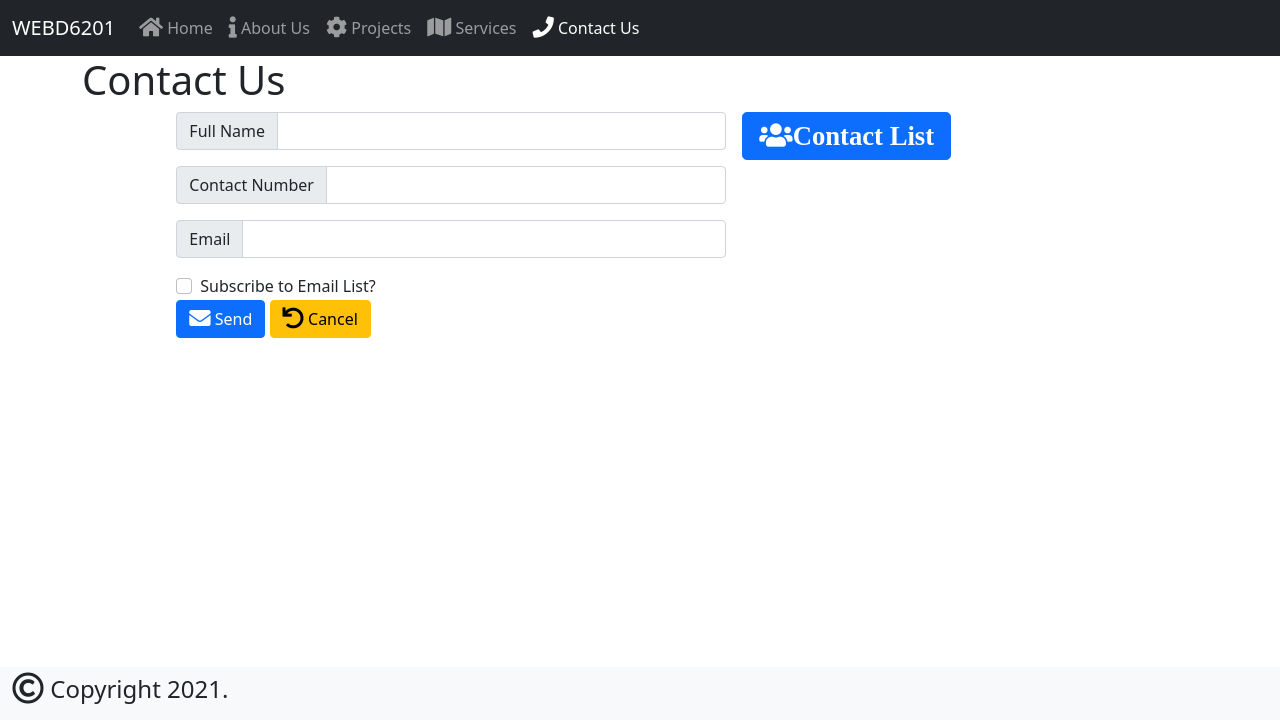
Repository: GarlicButterBoy/WEBD6201-ICE03
Page: contact.html
An editor plug-in stored every save of this project. The page is shown before and after the next save, followed by the edit.
The browser window is 1280 px wide. The pictures show the whole page.

Above is the page before, as saved 2021-02-04 09:09:38.

### contact.html
<!DOCTYPE html>
<html lang="en">
<head>
    <meta charset="UTF-8">
    <meta name="viewport" content="width=device-width, initial-scale=1.0">
    <title>Contact</title>
    <!-- CSS Section -->
    <link rel="stylesheet" href="./node_modules/bootstrap/dist/css/bootstrap.min.css">
    <link rel="stylesheet" href="./node_modules/@fortawesome/fontawesome-free/css/all.min.css">
    <link rel="stylesheet" href="./Content/app.css">
</head>
<body>
    <!-- Main Header -->
    <header>
        <!-- Main Navigation -->
        <nav class="navbar navbar-expand-lg navbar-dark bg-dark">
            <div class="container-fluid">
              <a class="navbar-brand" href="index.html">WEBD6201</a>
              <button class="navbar-toggler" type="button" data-bs-toggle="collapse" data-bs-target="#navbarSupportedContent" aria-controls="navbarSupportedContent" aria-expanded="false" aria-label="Toggle navigation">
                <span class="navbar-toggler-icon"></span>
              </button>
              <div class="collapse navbar-collapse" id="navbarSupportedContent">
                <ul class="navbar-nav me-auto mb-2 mb-lg-0">
                  <li class="nav-item">
                    <a class="nav-link" aria-current="page" href="index.html"><i class="fas fa-home fa-lg"></i> Home</a>
                  </li>

                  <li class="nav-item">
                    <a class="nav-link" aria-current="page" href="about.html"><i class="fas fa-info fa-lg"></i> About Us</a>
                  </li>

                  <li class="nav-item">
                    <a class="nav-link" aria-current="page" href="projects.html"><i class="fas fa-cog fa-lg"></i> Projects</a>
                  </li>

                  <li class="nav-item">
                    <a class="nav-link" aria-current="page" href="services.html"><i class="fas fa-map fa-lg"></i> Services</a>
                  </li>

                  <li class="nav-item">
                    <a class="nav-link active" aria-current="page" href="contact.html"><i class="fas fa-phone fa-lg"></i> Contact Us</a>
                  </li>
                </ul>
              </div>
            </div>
          </nav>
    </header>

    <!-- Main Content -->
    <main class="container">
        <h1>Contact Us</h1>
        <div id="messageArea"></div>

        <div class="row justify-content-lg-center g-3">
          <form class="col-lg-6 col-md-10 col-sm-10">

            <div class="input-group mb-3">
              <span class="input-group-text" id="inputGroup-sizing-default">Full Name </span>
              <input id="fullName" type="text" class="form-control" aria-label="Full Name" aria-describedby="Full Name Input"
              name="fullName" required>
            </div>

            <div class="input-group mb-3">
              <span class="input-group-text" id="inputGroup-sizing-default">Contact Number</span>
              <input id="contactNumber" type="tel" class="form-control" aria-label="Contact Number" aria-describedby="Contact Number Input"
              name="contactNumber" required>
            </div>

            <div class="input-group mb-3">
              <span class="input-group-text" id="inputGroup-sizing-default">Email</span>
              <input id="emailAddress" type="email" class="form-control" aria-label="Email Address" aria-describedby="Email Address Input"
              name="emailAddress" required>
            </div>

            <div class="form-check">
              <input class="form-check-input" type="checkbox" value="" id="subscribeCheckbox" name="subscribeCheckbox">
              <label class="form-check-label" for="subscribeCheckbox">Subscribe to Email List?</label>
            </div>


            <button id="sendButton" type="submit" class="btn btn-primary"><i class="fas fa-envelope fa-lg"></i> Send</button>
            <button id="cancelButton" type="reset" class="btn btn-warning"><i class="fas fa-undo fa-lg"></i> Cancel</button>
          </form>

          <div class="col=lg-3 col-md-4">
            <a href="contact-list.html" class="btn btn-primary btn-lg"><i class="fas fa-users fa-lg">Contact List</i></a>
          </div>

        </div>


    </main>

    <!-- Main Footer -->
    <footer>
        <nav class="navbar fixed-bottom navbar-light bg-light">
            <div class="container-fluid">
              <h4><i class="far fa-copyright fa-lg"></i> Copyright 2021.</h4>
            </div>
          </nav>
    </footer>

    <!-- Script Section-->
    <script src="./node_modules/jquery/dist/jquery.min.js"></script>
    <script src="./node_modules/bootstrap/dist/js/bootstrap.bundle.min.js"></script>
    <script src="./Scripts/namespace.js"></script>
    <script src="./Scripts/contact.js"></script>
    <script src="./Scripts/app.js"></script>
</body>
</html>

### Scripts/namespace.js

//namespace core
let core;

### Scripts/contact.js
"use strict";

//Contact Class

(()=>{
    class Contact {

        //getters and setters
      get FullName()
      {
          return this.m_fullName;
      }
      get ContactNumber()
      {
          return this.m_conactNumber;
      }
      get EmailAddress()
      {
          return this.m_emailAddress;
      }
      set FullName(value)
      {
          this.m_fullName = value;
      }
      set ContactNumber(value)
      {
          this.m_conactNumber = value;
      }
      set EmailAddress(value)
      {
          this.m_emailAddress = value;
      }

        //Constructor
        /**
         * A Constructor for any Contact objects being instantiated
         * @param {string} fullName
         * @param {string} contactNumber
         * @param {string} emailAddress
         */
        constructor(fullName = "", contactNumber = "", emailAddress = "")
        {
            this.ContactNumber = contactNumber;
            this.EmailAddress = emailAddress;
            this.FullName = fullName;
        }



        //Methods
        /**
         * Overrides the toString method to print the Contact class
         * @returns {string}
         */
        toString()
        {
            return `Full Name: ${this.m_fullName}\nPhone: ${this.m_contactNumber}\nEmail: ${this.m_emailAddress}`;
        }

        /**
         * This method returns a JSON Object
         * @returns {Object}
         */
        toJSON()
        {
            return {
                "fullName":this.FullName,
                "contactNumber":this.ContactNumber,
                "emailAddress":this.EmailAddress
            }
        }
        /**
         * Method converts the Contact into a comma-seperated value string
         * @returns {String}
         */
        serialize()
        {
            if (this.FullName !== "" && this.ContactNumber !== "" && this.EmailAddress !== "")
            {
                return `${this.FullName},${this.ContactNumber},${this.EmailAddress}`;
            }
            else
            {
                console.error("Error: One of more of the Contact Properties are empty or null.");
                return null;
            }

        }
        /**
         * Method takes a comma-seperated data string and assigns the values to the contact class properties
         * @param {string} data
         * @returns {void}
         */
        deserialize(data)
        {
            let propertyArray = data.split(",");
            this.FullName = propertyArray[0];
            this.ContactNumber = propertyArray[1];
            this.EmailAddress = propertyArray[2];
        }

    }

core.Contact = Contact;

})(core || (core={}));

### Scripts/app.js
/* custom JavaScript goes here */

//IIFE - Immediately Invoked Function Expression
//AKA - Anonymous Self-Executing Function
//Closure - limits scope leak

"use strict";
/* Example of a class being created with brand new functions
let myContact =
{
  "firstName":"Nick SF",
  "contactNumber":"905-123-4567",
  "emailAddress":"email@test.com",
  "saysHello":function() { console.log(`${fullName} says Hello!`); },
  "someOtherObject":{  "friendsList":["Tony", "Stephen", "Peter"]  }

};*/

((core) =>
{
    function displayHome()
    {
/*
      $("button").on("mouseover", function(){
        console.log("JQuery Click");
      });

      let myButton = document.querySelectorAll("button")[1];
      myButton.addEventListener("click", () => {
        console.log("Button Clicked!");
      });
*/
      //console.log(myButton);

        let paragraphOneText =
          "This is a simple site to demonstrate DOM Manipulation for ICE 1";

        let paragraphOneElement = document.getElementById("paragraphOne");

        paragraphOneElement.textContent = paragraphOneText;
        paragraphOneElement.className = "fs-5";

        // Step 1. document.createElement
        let newParagraph = document.createElement("p");
        // Step 2. configure the element
        newParagraph.setAttribute("id", "paragraphTwo");
        newParagraph.textContent = "...And this is paragraph two";
        // Step 3. select the parent element
        let mainContent = document.getElementsByTagName("main")[0];
        // Step 4. Add / Insert the element
        mainContent.appendChild(newParagraph);

        newParagraph.className = "fs-6";

        // another way of injecting content
        let paragraphDiv = document.createElement("div");
        let paragraphThree = `<p id="paragraphThree" class="fs-7 fw-bold">And this is the Third Paragraph</p>`;
        paragraphDiv.innerHTML = paragraphThree;

        // insertions

        // example of inserting before a node
        //newParagraph.before(paragraphDiv);

        // example of inserting after a node
        newParagraph.after(paragraphDiv);

        // deletions

        // example of removing a single element
        //paragraphOneElement.remove();

        // example of removeChild
        mainContent.removeChild(paragraphOneElement);

        // update / modification
        //mainContent.firstElementChild.textContent = "Welcome Home!";

        mainContent.innerHTML = `<h1 id="firstHeading">Welcome to WEBD6201 - Lab 1</h1>
         <p id="paragraphOne" class="fs-3 fw-bold">This is my first Paragraph</p>
        `;

    }

    function displayAbout()
    {

    }

    function displayProjects()
    {

    }

    function displayServices()
    {

    }

    function displayContact()
    {
        //This is the same as below
        let messageArea = $("#messageArea").hide();
        //Same as this
        //let messageArea = document.getElementById("messageArea");
        //messageArea.hidden = true;

        // form validation
        $("#fullName").on("blur", function()
        {
          if($(this).val().length < 2)
            {
                //JQuery example of the lines below
                $(this).trigger("focus").trigger("select");
                messageArea.show().addClass("alert alert-danger").text("Please enter an appropriate name");
                //fullName.focus();
                //fullName.select();
                //messageArea.hidden = false;
                //messageArea.className = "alert alert-danger";
                //messageArea.textContent = "Please enter an appropriate Name";
            }
            else
            {
                //JQuery example of the line below
                messageArea.removeAttr("class").hide();
                //messageArea.hidden = true;
                //messageArea.removeAttribute("class");
            }
        });
        //let fullName = document.getElementById("fullName");
        //fullName.addEventListener("blur", function() {});

        $("#sendButton").on("click", ()=>
        {
          let contact = new core.Contact(fullName.value, contactNumber.value, emailAddress.value);
          if(contact.serialize()) //checking if the serialized object exists
          {
            localStorage.setItem((localStorage.length + 1).toString(), contact.serialize());
          }
        });

        //let sendButton = document.getElementById("sendButton");
        //sendButton.addEventListener("click", function(event){

            //event.preventDefault();
            //console.log(contact.serialize());
            //fullName.value = "";
            //contactNumber.value = "";
            //emailAddress.value = "";
        //});
    }
    function displayContactList()
    {

      if(localStorage.length > 0)
      {
        let contactList = document.getElementById("contactList");

        let data = "";

        for (let index = 0; index < localStorage.length; index++)
        {
          let contactData = localStorage.getItem((index + 1).toString());

          console.log(contactData);

          let contact = new core.Contact();
          contact.deserialize(contactData);

          data += `<tr>
                  <th scope="row">${index + 1}</th>
                  <td>${contact.FullName}</td>
                  <td>${contact.ContactNumber}</td>
                  <td>${contact.EmailAddress}</td>
                  </tr>`;
        }

        contactList.innerHTML = data;
      }


    }

    function Start()
    {
        console.log("App Started...");

        switch (document.title)
        {
          case "Home":
              displayHome();
            break;
          case "About":
              displayAbout();
            break;
          case "Projects":
              displayProjects();
            break;
          case "Services":
              displayServices();
            break;
          case "Contact":
              displayContact();
            break;
          case "Contact-List":
              displayContactList();
            break;
        }

    }

    window.addEventListener("load", Start);

    core.Start = Start;


})  (core || (core={}));

Loaded but not shown: node_modules/bootstrap/dist/css/bootstrap.min.css (library); node_modules/@fortawesome/fontawesome-free/css/all.min.css (library); Content/app.css (common file); node_modules/jquery/dist/jquery.min.js (library); node_modules/bootstrap/dist/js/bootstrap.bundle.min.js (library)

After the next save:
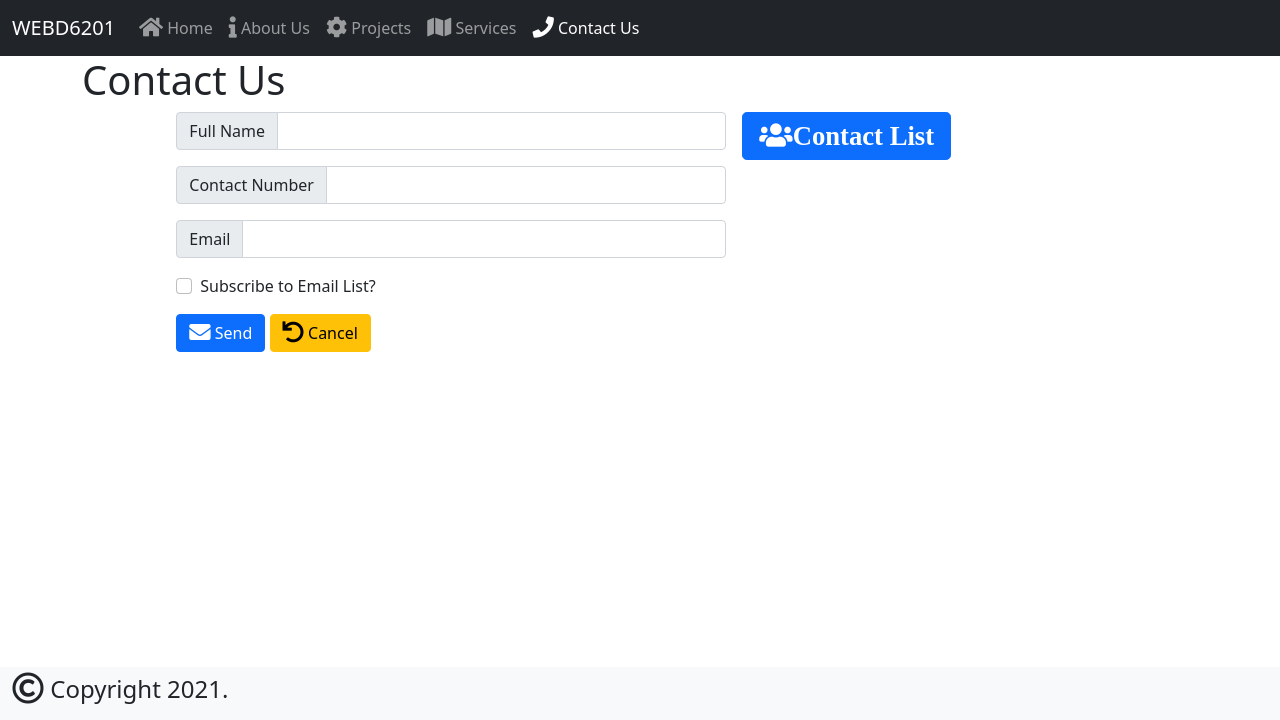
Saved 9 s later.
--- a/contact.html
+++ b/contact.html
@@ -72,7 +72,7 @@
               name="emailAddress" required>
             </div>
 
-            <div class="form-check">
+            <div class="form-check mb-3">
               <input class="form-check-input" type="checkbox" value="" id="subscribeCheckbox" name="subscribeCheckbox">
               <label class="form-check-label" for="subscribeCheckbox">Subscribe to Email List?</label>
             </div>
